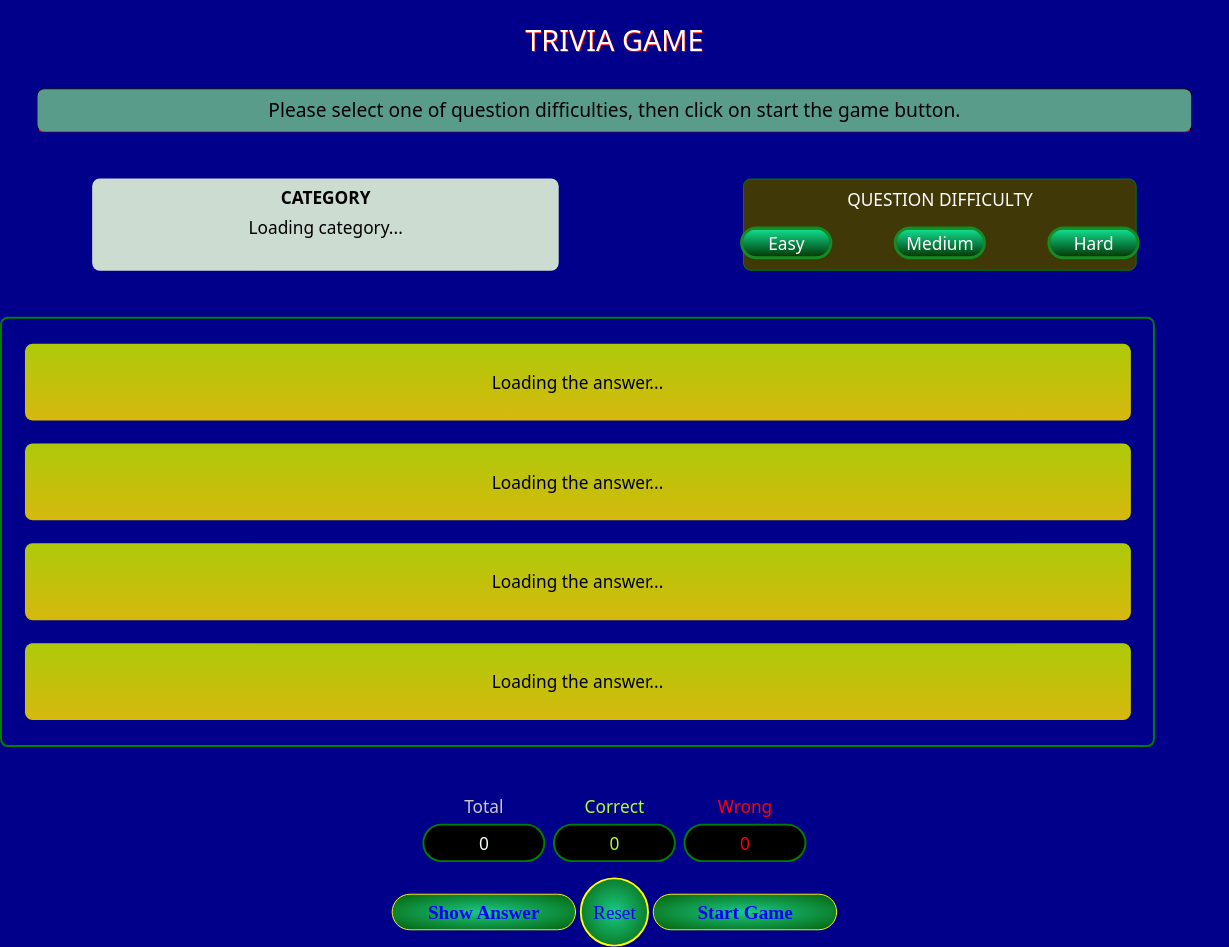
Repository: ShindanoSingi/bembe-trivia
Page: index.html
These files come from the project's save history. The page is drawn as it stood at one moment and after the next save; the edit follows.
The browser window is 1280 px wide. The pictures show the whole page, at 96% of full size.
Some web libraries are served in a nearby version.

Above is the page before, as saved 2022-09-08 02:59:33.

### index.html
<!DOCTYPE html>
<html lang="en">

    <head>
        <meta charset="UTF-8">
        <meta http-equiv="X-UA-Compatible" content="IE=edge">
        <meta name="viewport" content="width=device-width, initial-scale=1.0">
        <link rel="stylesheet" href="style.css">
        <script src="https://cdn.tailwindcss.com"></script>
        <title>Trivia Game</title>
    </head>

    <body class="">
        <div class="containerBox max-h-[100vh] my-2 flex my-2 flex-col gap-[3rem]">
            <h1 class="text-center text-3xl relative top-4" >TRIVIA GAME</h1>
            <div class="questionBox text-center w-[94vw] md:text-xl h-[6.5rem] p-2 md:p-2 mx-auto rounded-lg">
                Please select one of question difficulties, then click on start the game button.
            </div>
            <div class="category-and-difficulty-container items-center justify-around flex">
                <div class="category-container w-[38vw] md:h-[6rem] h-[4.5rem] bg-[#CDDCD1] flex items-center flex-col py-[0.3rem] rounded-lg">
                    <div class="labelCategory text-sm md:text-lg font-bold md:font-bold text-black">CATEGORY</div>
                    <div class="category text-sm md:text-lg text-center p-1 rounded-lg">
                        Loading category...
                    </div>
                </div>
                <div class="qDifficultyBox w-[50vw] xl:w-[32vw] pb-1 rounded-lg items-center flex h-[4.5rem] md:h-[6rem] justify-around flex-col">
                        <div id="question" class="qCat md:text-lg text-sm">QUESTION DIFFICULTY</div>
                        <div class="difficulties-container lg:gap-10 xl:gap-10 md:flex md:space-x-6 flex gap-1">
                            <button class="difficulty px-1.5 md:w-[6rem] text-sm md:text-lg rounded-full" id="easy">Easy</button>
                            <button class="difficulty md:w-[6rem] px-1.5 rounded-full md:text-lg text-sm" id="medium">Medium</button>
                            <button class="difficulty md:w-[6rem] px-1.5 text-sm md:text-lg rounded-full" id="hard">Hard</button>
                    </div>
                </div>
            </div>
            <div class="imgAndQuestions">
                    <div class="answersButtons img w-[94vw] h-[28rem] flex  justify-center items-center p-2 gap-6 flex-col">
                        <button class="showAnswer md:text-lg w-[90vw] p-1 absolute bottom-[17rem] mx-auto text-sm h-[5rem]">Loading the answer...</button>
                        <button class="response md:text-lg w-[90vw] p-1 text-center text-md h-[5rem]" id="response1">Loading the answer...</button>
                        <button class="response md:text-lg w-[90vw] p-1 text-md h-[5rem]" id="response2">Loading the answer...</button>
                        <button class="response md:text-lg w-[90vw] p-1 text-md h-[5rem]" id="response3">Loading the answer...</button>
                        <button class="response md:text-lg w-[90vw] p-1 text-md h-[5rem]" id="response4">Loading the answer...</button>
                    </div>
                </div>

            <div id="bottomPart" class="flex  mx-auto flex-col items-center gap-4">
                <div class="labelsAndButtons relative left-1 flex space-x-2">
                    <div class="question-number flex flex-col items-center">
                        <p class="labels md:text-lg pb-1" id="labelQ">Total</p>
                        <div class="bottombuttons md:w-[8rem] md:text-lg w-[5rem] text-center py-1" id="questionNumber">0</div>
                    </div>
                    <div class="correct-answers md:text-lg flex flex-col items-center">
                        <p class="labels pb-1" id="labelC">Correct</p>
                        <div class="bottombuttons md:text-lg w-[5rem] md:w-[8rem] text-center py-1" id="correct">0</div>
                    </div>
                    <div class="wrong-answers md:text-lg flex flex-col items-center">
                        <p class="labels pb-1" id="labelW">Wrong</p>
                        <div class="bottombuttons md:w-[8rem] md:text-lg w-[5rem] text-center py-1" id="wrong">0</div>
                    </div>
                    <div class="timerQuestionCorrectWrong"></div>
                </div>
                <div class="threeBottomButtons">
                    <button class="w-[8rem] text-lg md:text-xl md:w-48 py-1" id="showAnswer">Show Answer</button>
                    <button class="reset text-lg p-1 md:w-[4.5rem] md:text-xl md:h-[4.5rem] w-[3.5rem] h-[3.5rem] rounded-full">Reset</button>
                    <button class="startGame text-lg w-[8rem] md:text-xl md:w-48 py-1">Start Game</button>
                </div>
            </div>
            </div>
        <script src="./script.js"></script>
    </body>
</html>

### style.css
/* @media screen and (min-width: 1024px) {
    .difficulties-container{
       display: flex;
       align-items: space-around;
    }
} */

/* iPhone 8 and smaller */
@media screen and (min-width: 320px) {
    /*  Set h1 text to red */
    h1 {
        color: #fff;
        text-shadow: 0.05rem 0.05rem red;
    }

    /* The box containing the question */
    .questionBox {
        color: rgb(0, 0, 0);
        border: 0.02rem solid;
        background-color: rgb(89, 156, 138);
        border-bottom-color: red;
    }

    /* Label for category */
    .labelCategory {
        color: white;
    }

    /* The show answer message box */
    .showAnswer {
        color: honeydew;
        visibility: hidden;
        border: 0.1rem solid green;
        border-radius: 0.5rem;
        background-color:rgb(2, 27, 3);
    }
    /*  Individual difficulty button */
    .difficulty {
        background-image: linear-gradient(rgb(16, 221, 142), rgb(4, 58, 7));
        border: 0.2rem solid rgb(21, 139, 35);
        color: white;
    }

    /*  Class containing all difficulty buttons */
    .difficulties-container {
        border-color: green;
    }
    /* The box containing difficulty buttons */
    .qDifficultyBox {
        border: 0.14vh solid green;
        background-color: rgb(65, 56, 8);
        color: white;
    }

    /* image */
    .img {
        border: 0.15rem solid green;
        border-radius: 0.5rem;
    }
    /* all response buttons */
    .response {
        border-color: green;
        background-image: linear-gradient(rgb(173, 202, 9), rgb(214, 184, 14));
        color: black;
        border-radius: 0.5rem;
    }
    /* All response buttons */
    .response:hover {
        background-image: linear-gradient(rgb(32, 90, 165), rgb(72, 168, 192));
    }

    /* Show answer button */
    #showAnswer {
        color: blue;
        border: 0.54vh solid green;
        border: 0.27vh solid yellow;
        border-radius: 20rem;
        font-family: cursive;
        font-weight: bold;
        background-image: radial-gradient(rgb(25, 201, 133), rgb(6, 99, 10));
    }
    #showAnswer:hover {
        background-image: radial-gradient(rgb(201, 25, 25), rgb(93, 99, 6));
        color: white;
    }
    /* Start game button */
    .startGame {
        color: blue;
        border: 0.54vh solid green;
        border: 0.27vh solid yellow;
        border-radius: 20rem;
        font-family: cursive;
        font-weight: bold;
        background-image: radial-gradient(rgb(25, 201, 133), rgb(6, 99, 10));
    }
    /* Start game button */
    .startGame:hover {
        background-image: radial-gradient(rgb(201, 25, 25), rgb(93, 99, 6));
        color: white;
    }
    /* Reset button */
    .reset {
        color: blue;
        border: 0.5rem solid green;
        border: 0.15rem solid yellow;
        font-family: cursive;
        background-image: radial-gradient(rgb(25, 201, 133), rgb(6, 99, 10));
    }
    /* Reset button */
    .reset:hover {
        background-image: radial-gradient(rgb(201, 25, 25), rgb(93, 99, 6));
        color: white;
    }

    /* Class containing the 3 bottom labels  (total questions, correct answers and wrong answers) */
    .question-number {
        color: rgb(205, 200, 200);
    }

    .correct-answers {
        color: greenyellow;
    }

    .wrong-answers {
        color: red;
    }

    /* The bottom boxes for total question number, correct answers and wrong answers */
    .bottombuttons {
        border: 0.15rem solid green;
        background-color: black;
        color: honeydew;
        border-radius: 2rem;
    }

    /* Set the wrong anser to red */
    #wrong {
        color: rgb(255, 0, 0);
    }
    /* Set the correct anser to green */
    #correct {
        color: greenyellow;
    }

    /* Change the color when "easy" button is hovered over */
    #easy:hover {
        background-image: linear-gradient(rgb(202, 9, 9), rgb(214, 184, 14));
    }
    /* Change the color when "easy" button is hovered over */
    #medium:hover {
        background-image: linear-gradient(rgb(202, 9, 9), rgb(214, 184, 14));
    }
    /* Change the color when "easy" button is hovered over */
    #hard:hover {
        background-image: linear-gradient(rgb(202, 9, 9), rgb(214, 184, 14));
    }

    body {
      background-color: darkblue;
    }
}

Loaded but not shown: script.js (421 lines, source omitted)

After the next save:
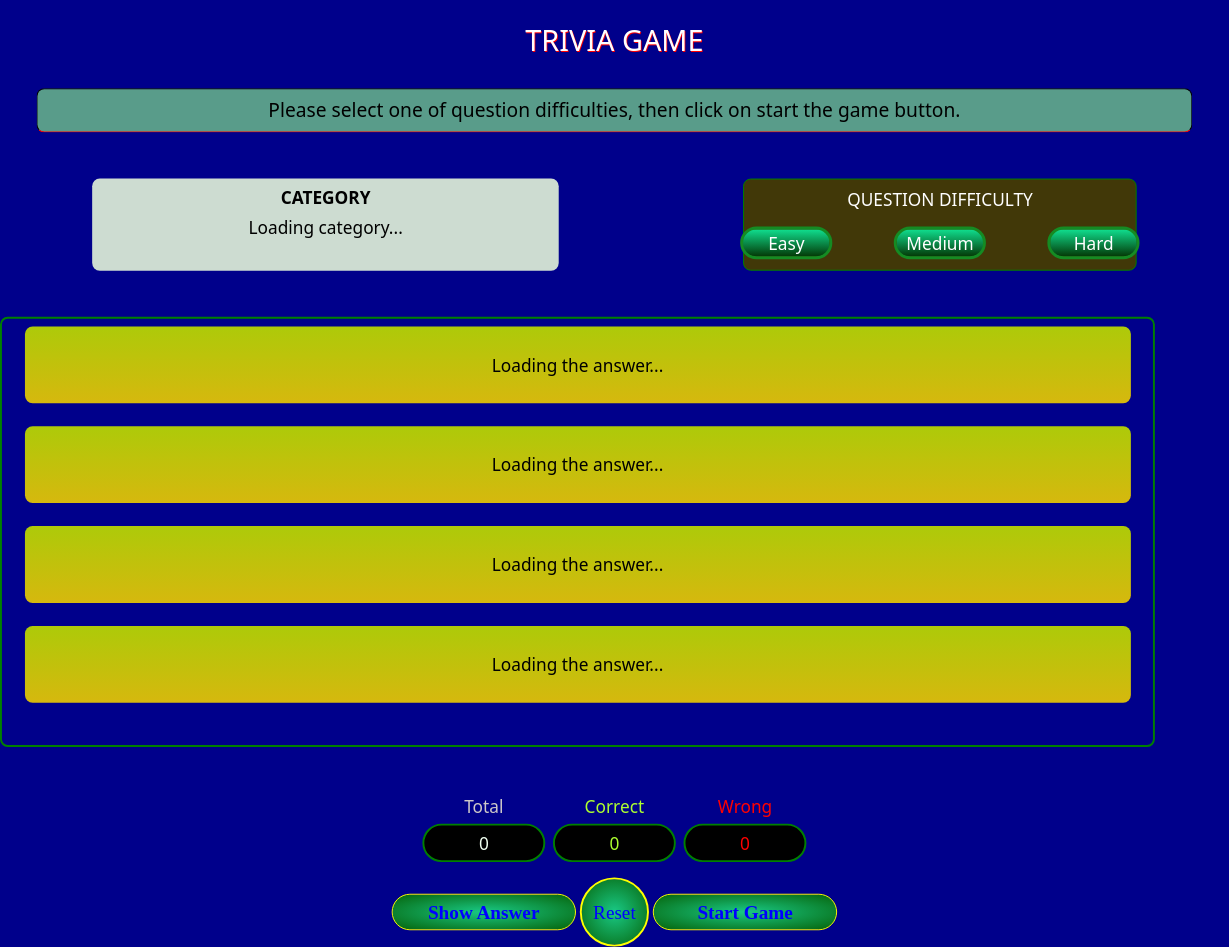
Saved 61 s later.
--- a/index.html
+++ b/index.html
@@ -33,7 +33,7 @@
                 </div>
             </div>
             <div class="imgAndQuestions">
-                    <div class="answersButtons img w-[94vw] h-[28rem] flex  justify-center items-center p-2 gap-6 flex-col">
+                    <div class="answersButtons img w-[94vw] h-[28rem] flex items-center p-2 gap-6 flex-col">
                         <button class="showAnswer md:text-lg w-[90vw] p-1 absolute bottom-[17rem] mx-auto text-sm h-[5rem]">Loading the answer...</button>
                         <button class="response md:text-lg w-[90vw] p-1 text-center text-md h-[5rem]" id="response1">Loading the answer...</button>
                         <button class="response md:text-lg w-[90vw] p-1 text-md h-[5rem]" id="response2">Loading the answer...</button>

After the save that followed:
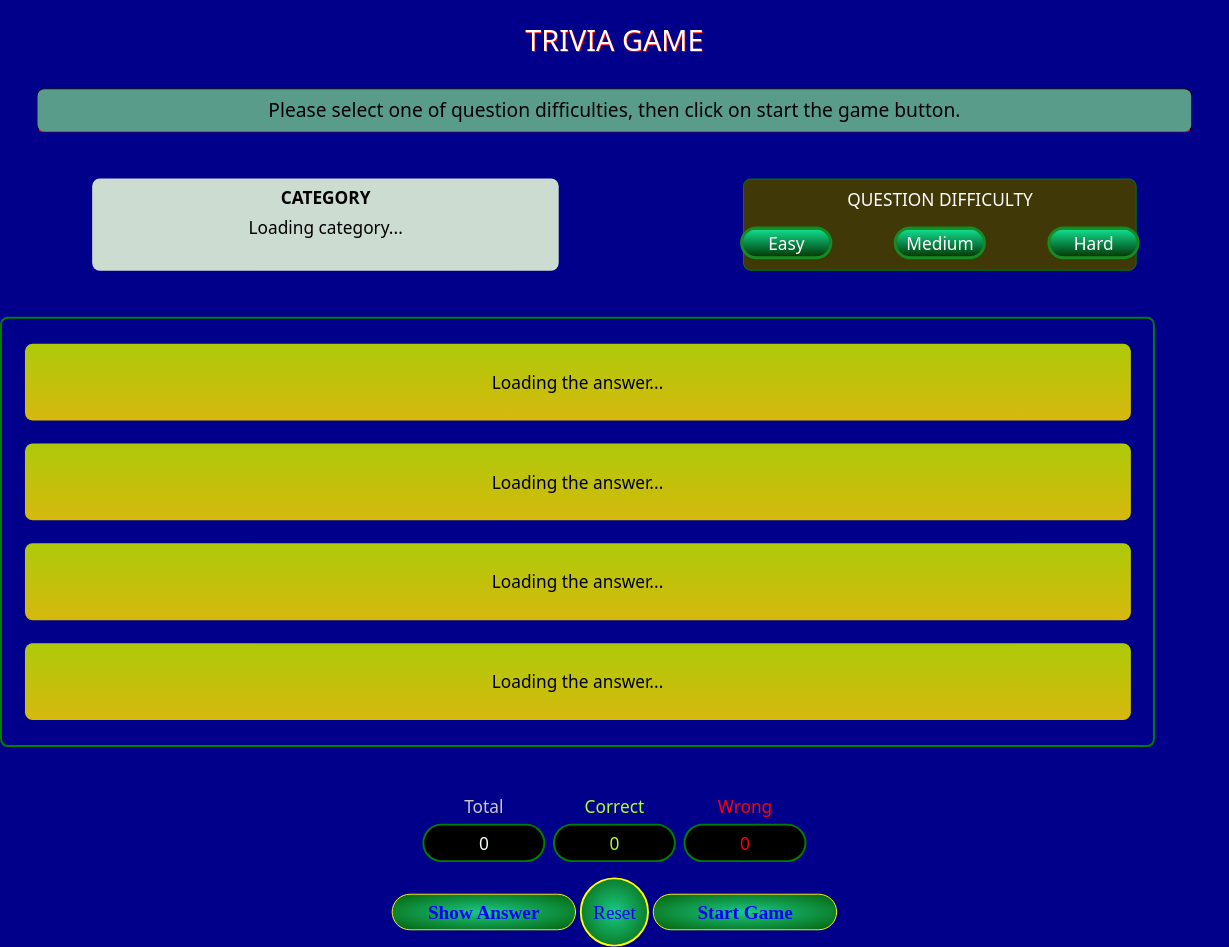
Saved 4 s later.
--- a/index.html
+++ b/index.html
@@ -33,7 +33,7 @@
                 </div>
             </div>
             <div class="imgAndQuestions">
-                    <div class="answersButtons img w-[94vw] h-[28rem] flex items-center p-2 gap-6 flex-col">
+                    <div class="answersButtons img w-[94vw] h-[28rem] flex  justify-center items-center p-2 gap-6 flex-col">
                         <button class="showAnswer md:text-lg w-[90vw] p-1 absolute bottom-[17rem] mx-auto text-sm h-[5rem]">Loading the answer...</button>
                         <button class="response md:text-lg w-[90vw] p-1 text-center text-md h-[5rem]" id="response1">Loading the answer...</button>
                         <button class="response md:text-lg w-[90vw] p-1 text-md h-[5rem]" id="response2">Loading the answer...</button>
